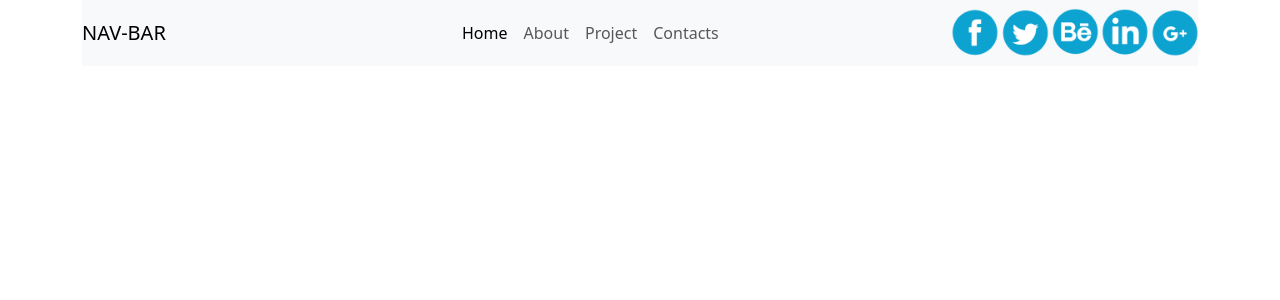
Repository: Sarah7223/internet-programming-tp
Page: TP4/TP04.5.html
These files come from the project's save history. The page is drawn as it stood at one moment and after the next save; the edit follows.
The browser window is 1280 px wide. The pictures show the whole page.

Above is the page before, as saved 2023-02-01 23:06:37.

After the next save:
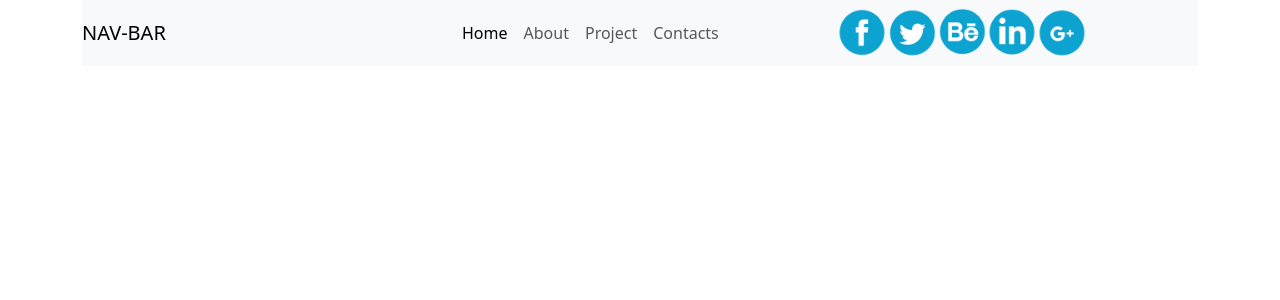
Saved 57 s later.
--- a/TP4/TP04.5.html
+++ b/TP4/TP04.5.html
@@ -17,7 +17,7 @@
     </head>
     <body>
         <div class="container">
-            <nav class="navbar navbar-expand-lg navbar-light bg-light">
+            <nav class="navbar navbar-expand-sm navbar-light bg-light">
                 <div class="col-4">
                 <a class="navbar-brand" href="#">NAV-BAR</a>
                 </div>
@@ -25,9 +25,9 @@
                   <span class="navbar-toggler-icon"></span>
                 </button>
 
-                <div class="collapse navbar-collapse"   >
+                <div class="collapse navbar-collapse" id="navbarSupportedContent">
                     <!-- center-->
-                    <div class="col-8" id="navbarSupportedContent">
+                    <div class="col-8">
                         <ul class="navbar-nav">
                             <li class="nav-item active">
                                 <a class="nav-link active" href="#">Home </a>
@@ -43,7 +43,9 @@
                             </li>
                         </ul>
                     </div>
-                     <!-- right-->
+                </div>
+                <div  class="collapse navbar-collapse">
+                    <!-- right-->
                   <div class="col-4">
                     <ul class="navbar-nav mr-auto sl-only logo">
                         <li>
@@ -62,9 +64,8 @@
                             <img src="./google.png" height="50px">
                         </li>
                     </ul>
+                  </div>
                 </div>
-                </div>
-
               </nav>
         </div>
 

After the save that followed:
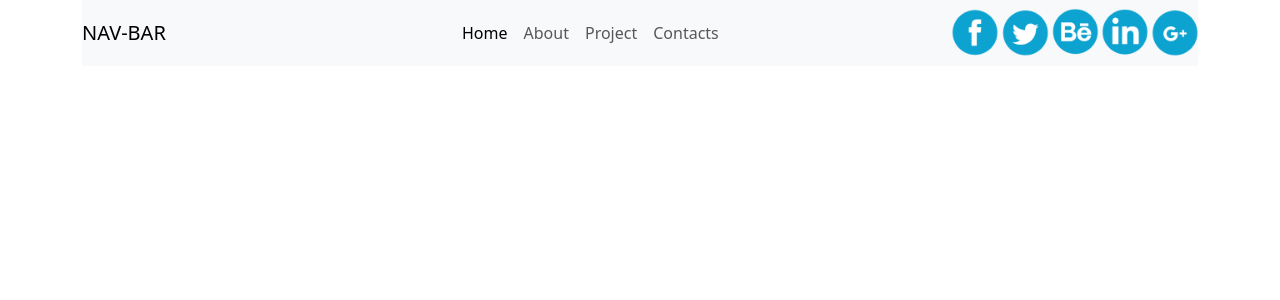
Saved 27 s later.
--- a/TP4/TP04.5.html
+++ b/TP4/TP04.5.html
@@ -43,9 +43,7 @@
                             </li>
                         </ul>
                     </div>
-                </div>
-                <div  class="collapse navbar-collapse">
-                    <!-- right-->
+                     <!-- right-->
                   <div class="col-4">
                     <ul class="navbar-nav mr-auto sl-only logo">
                         <li>
@@ -64,8 +62,9 @@
                             <img src="./google.png" height="50px">
                         </li>
                     </ul>
-                  </div>
                 </div>
+                </div>
+
               </nav>
         </div>
 
